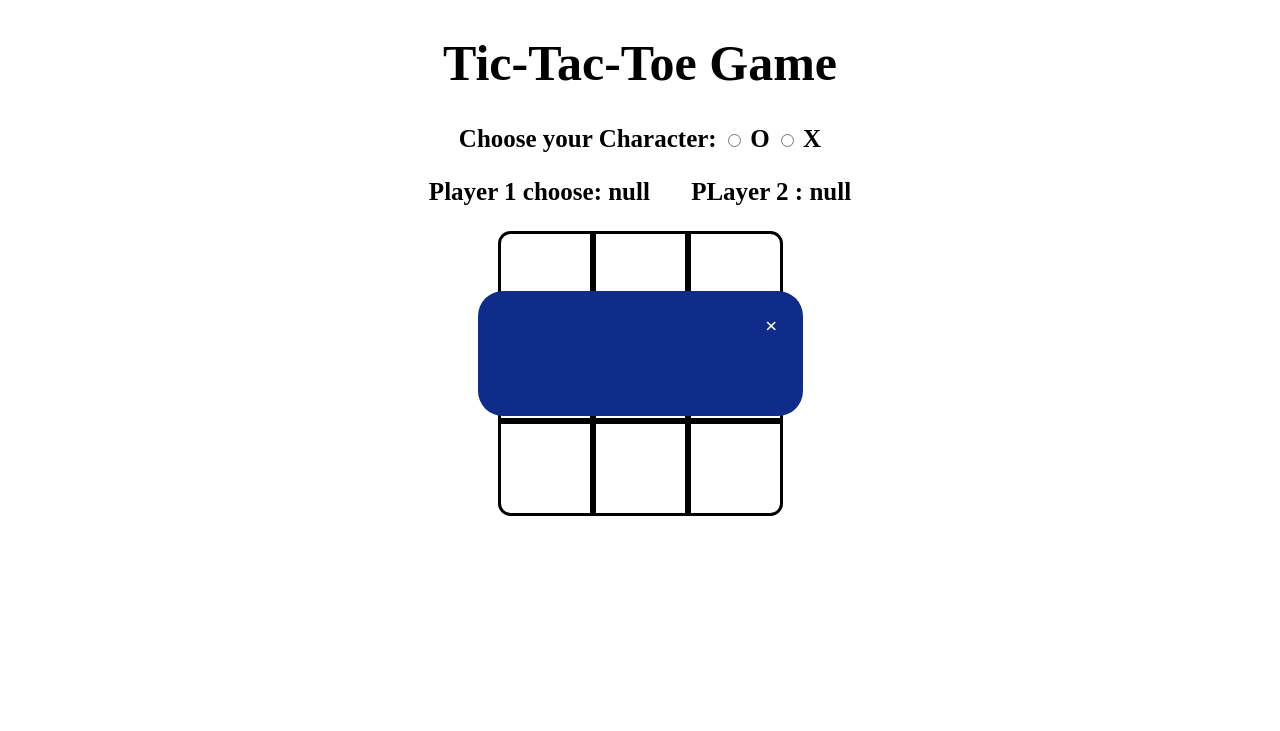
Repository: 0101chaitanya/Tic-Tac-Toe
Page: index.html
These files come from the project's save history. The page is drawn as it stood at one moment and after the next save; the edit follows.
The browser window is 1280 px wide. The pictures show the whole page.

Above is the page before, as saved 2021-06-12 12:17:08.

After the next save:
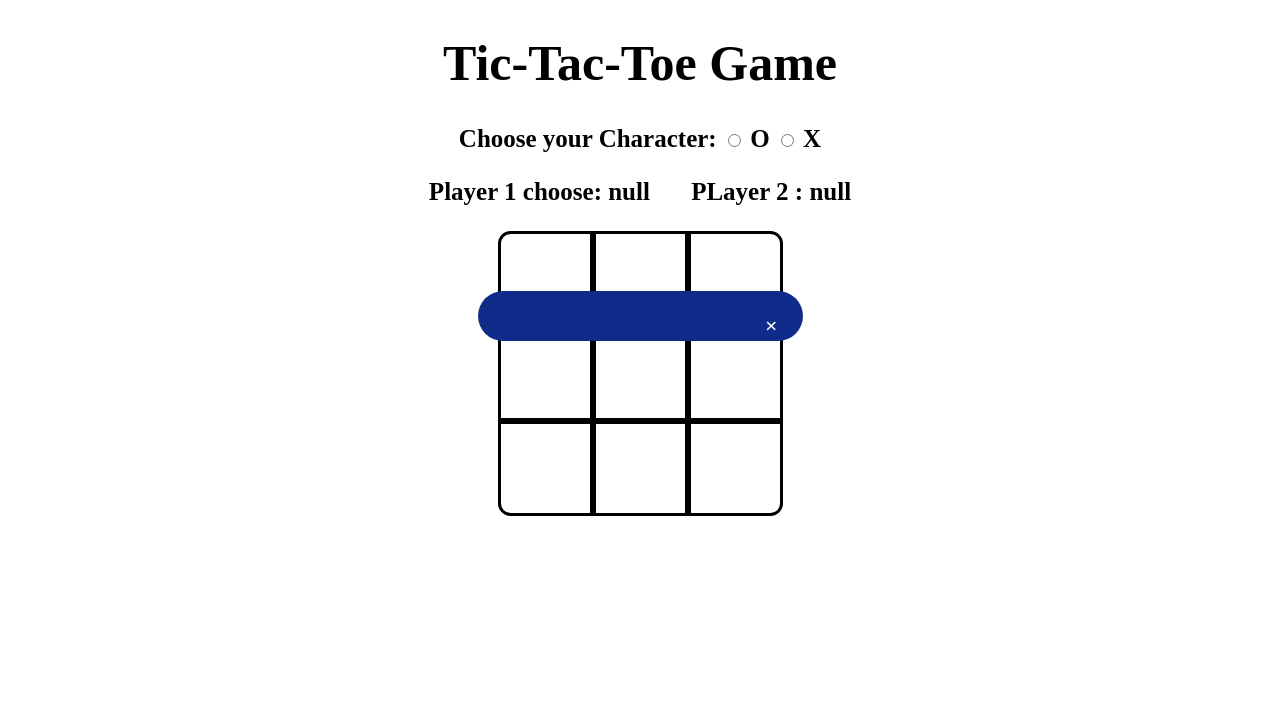
Saved 11 s later.
--- a/styles.css
+++ b/styles.css
@@ -94,7 +94,7 @@ label>input {
 }
 
 #ResultBox {
-    height: 5rem;
+    height: fit-content;
     width: 13rem;
     display: hidden;
     margin-left: auto;
